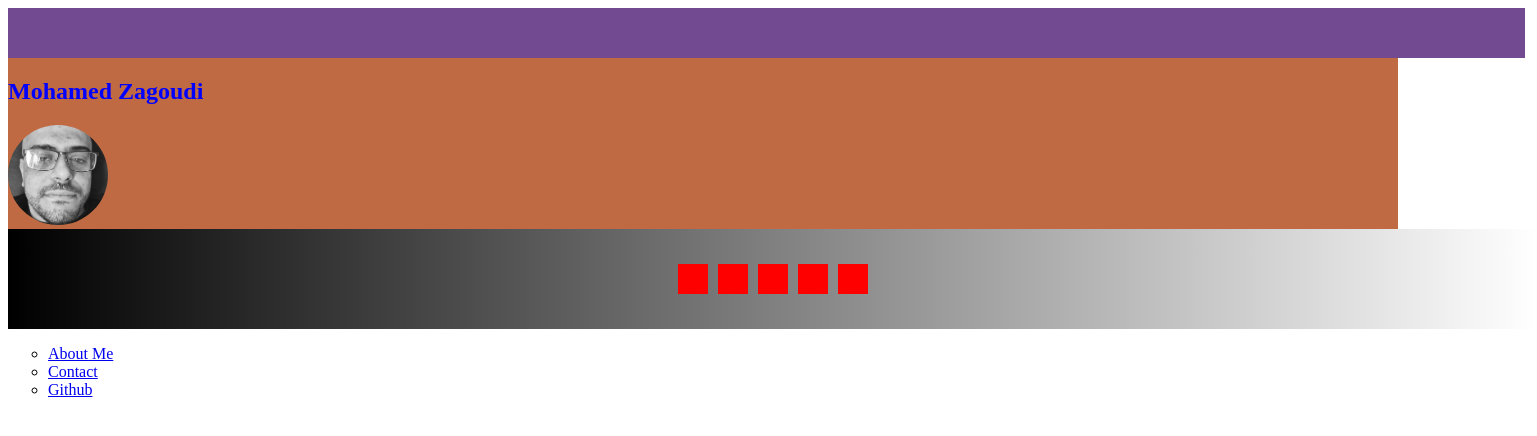
Repository: Mohzagou/Eersteportofolio
Page: index.html
These files come from the project's save history. The page is drawn as it stood at one moment and after the next save; the edit follows.
The browser window is 1280 px wide. The page is 1537 px wide, so the pictures cover 1537 px, including what lies to the right of the window. The pictures show the whole page.

Above is the page before, as saved 2022-06-07 22:39:57.

### index.html
<!DOCTYPE html>


<head>
    <link rel="stylesheet" href="styles.css" />
    <meta charset="UTF-8">

    <title>Document</title>
</head>

<body>

    <header></header>
    <div class="about-me">
        <h2 id="name">Mohamed Zagoudi</h2>
        <img class="avatar" src="images/67gwzvy.jpeg" alt="Mohamed Zagoudi headshot">


        <section>
            <div class="test"></div>
            <div class="test"></div>
            <div class="test"></div>
            <div class="test"></div>
            <div class="test"></div>
        </section>
        <footer>
            <ul style="list-style-type: circle ">
                <li><a href=" ">About Me</a></li>
                <li><a href=" ">Contact</a></li>
                <li><a href="https://github.com/Mohzagou ">Github</a></li>

            </ul>

        </footer>



</body>



</html>

### styles.css
body {
    display: flex;
    flex-direction: column;
}

header {
    width: 120%;
    height: 50px;
    background-color: rgb(113, 74, 145);
}

section {
    width: 110%;
    height: 100px;
    background-image: linear-gradient(to right, black, grey, white);
    background-color: #234def;
    display: flex;
    align-items: center;
    justify-content: center;
}

.about-me {
    width: 110%;
    height: 200px;
    background-color: rgb(177, 69, 21, 0.8);
    /*margin: 10px 0 10px 0;
    border: solid black 10px;
    border-radius: 15px;*/
}

.avatar {
    width: 100px;
    border-radius: 50px;
}

#name {
    color: blue;
}

.test {
    width: 30px;
    height: 30px;
    background-color: red;
    margin: 5px;
}

After the next save:
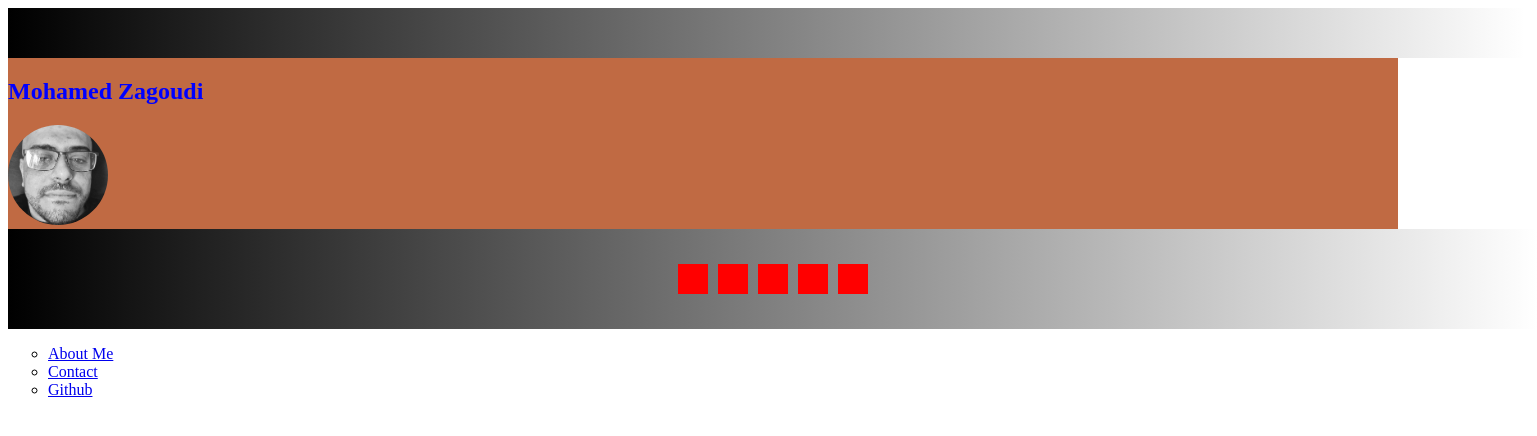
Saved 32 s later.
--- a/styles.css
+++ b/styles.css
@@ -6,7 +6,8 @@ body {
 header {
     width: 120%;
     height: 50px;
-    background-color: rgb(113, 74, 145);
+    background-image: linear-gradient(to right, black, grey, white);
+    /*background-color: rgb(113, 74, 145);*/
 }
 
 section {
